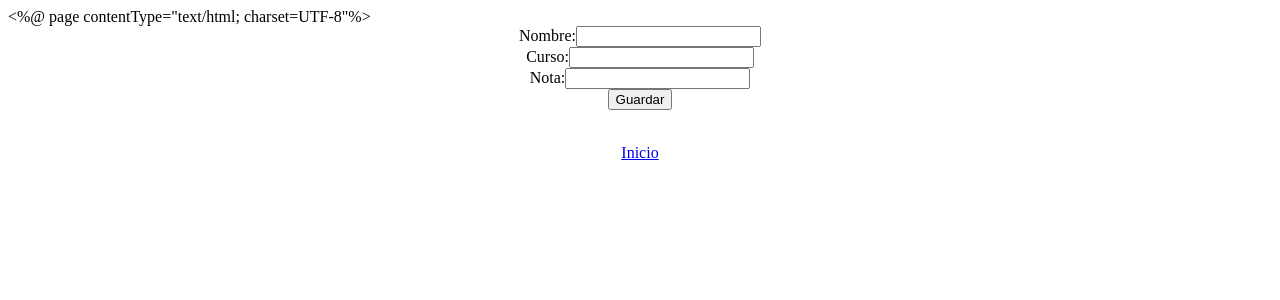
Repository: Jorgee-sk/Ws-Spring
Page: 07_alumnos_bbdd/src/main/webapp/alta.html
The author's editor kept a copy of each file at every save. The page is drawn from the files as they stood at one save, then again after the next save.
The browser window is 1280 px wide. The pictures show the whole page.

Above is the page before, as saved 2022-04-21 08:12:13.

After the next save:
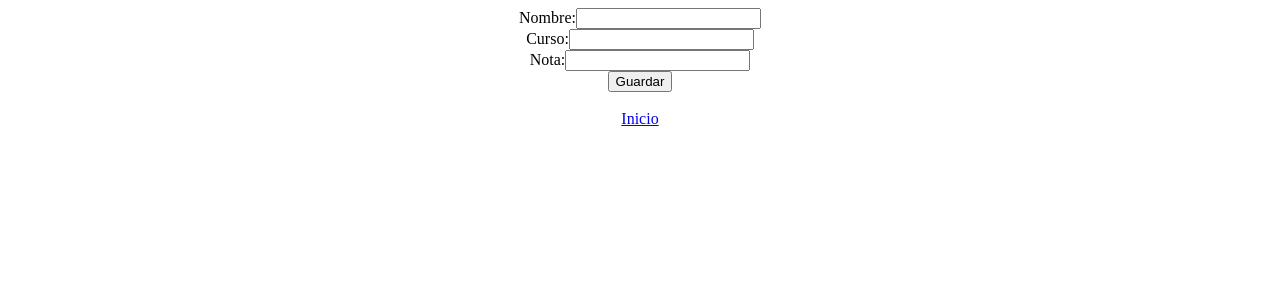
Saved 2 min 56 s later.
--- a/07_alumnos_bbdd/src/main/webapp/alta.html
+++ b/07_alumnos_bbdd/src/main/webapp/alta.html
@@ -1,4 +1,3 @@
-<%@ page contentType="text/html; charset=UTF-8"%>
 <!DOCTYPE html>
 <html>
 <head>
